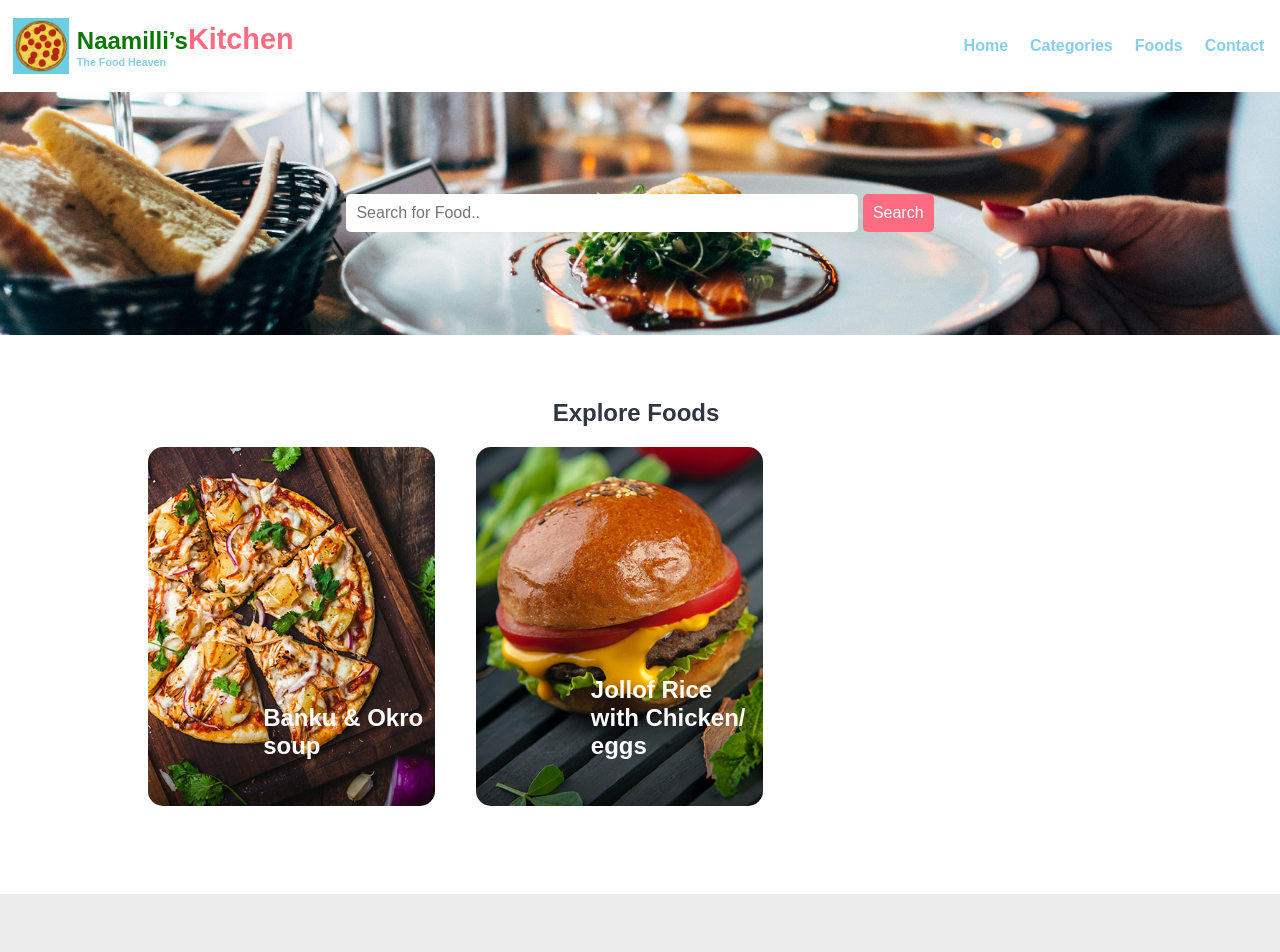
Repository: Saviour-Dagadu/Naamilli
Page: index.html
These files come from the project's save history. The page is drawn as it stood at one moment and after the next save; the edit follows.
The browser window is 1280 px wide. The pictures show the part of the page from y = 0 to 952 px (the page is 1931 px tall before and 2085 px after).
A picture or video elsewhere on the page could not be fetched, so the positions and the page height are approximate.

Above is the page before, as saved 2024-12-03 21:35:18.

After the next save:
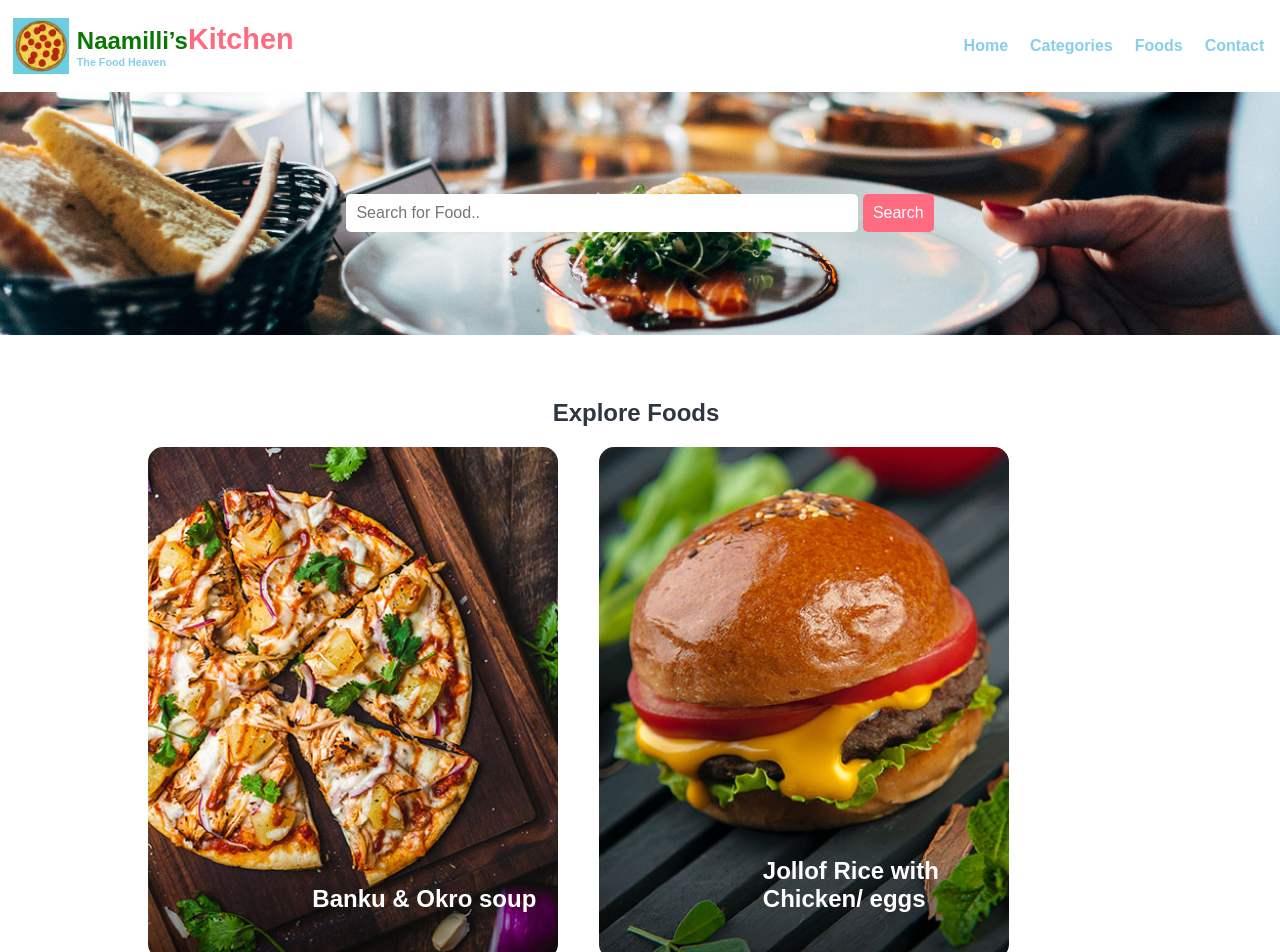
Saved 2 min 36 s later.
--- a/css/style.css
+++ b/css/style.css
@@ -149,7 +149,7 @@ fieldset{
 }
 
 .box-3{
-    width: 28%;
+    width: 40%;
     float: left;
     margin: 2%;
 }
